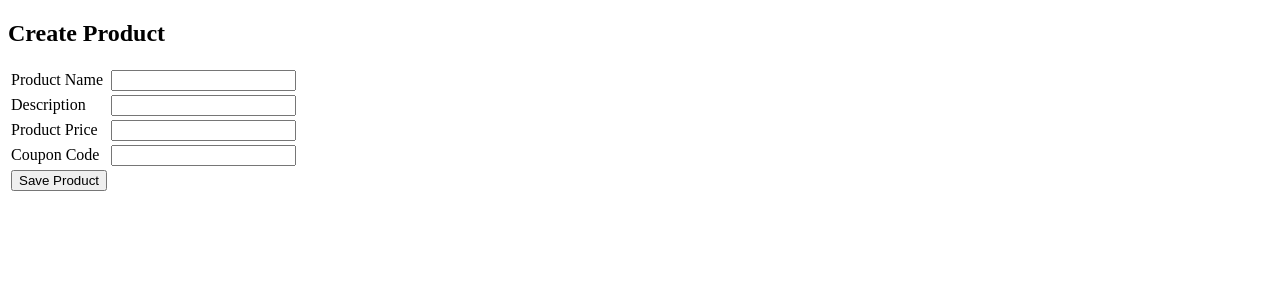
Repository: payal033/Java-Servlets-JSP
Page: http://localhost/FinalProject/createProduct.jsp
An editor plug-in stored every save of this project. The page is shown before and after the next save, followed by the edit.
The browser window is 1280 px wide. The pictures show the whole page.
The page is served by Tomcat 9. Other server files are loaded and not shown.

Above is the page before, as saved 2022-05-30 18:08:20.

### FinalProject/WebContent/createProduct.jsp
<%@ page language="java" contentType="text/html; charset=ISO-8859-1"
	pageEncoding="ISO-8859-1"
%>
<!DOCTYPE html>
<html>
<head>
<meta charset="ISO-8859-1">
<title>Create Product</title>
</head>
<body>
	<h2>Create Product</h2>
	<form method="post" action="products">
		<table>
			<tr>
				<td>Product Name</td>
				<td><input type="text" name="productName"></td>
			</tr>
			<tr>
				<td>Description</td>
				<td><input type="text" name="description"></td>
			</tr>
			<tr>
				<td>Product Price</td>
				<td><input type="text" name="price"></td>
			</tr>
			<tr>
				<td>Coupon Code</td>
				<td><input type="text" name="couponCode"></td>
			</tr>
			<td><input type="submit" value="Save Product"></td>
		</table>
	</form>
</body>
</html>

After the next save:
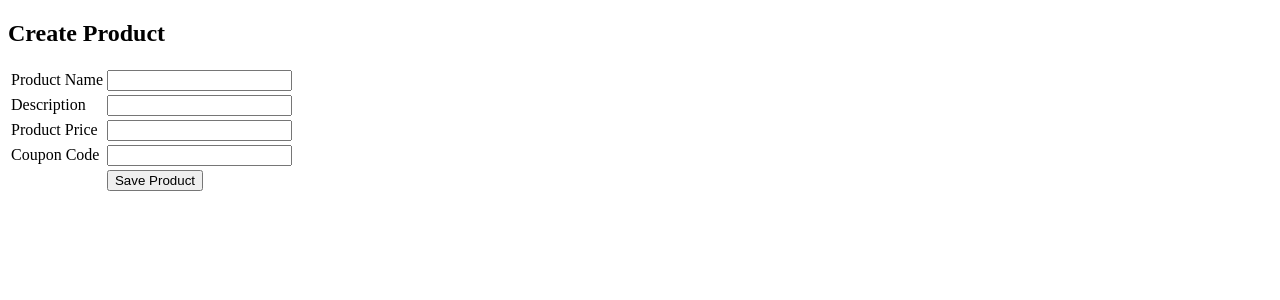
Saved 60 s later.
--- a/FinalProject/WebContent/createProduct.jsp
+++ b/FinalProject/WebContent/createProduct.jsp
@@ -27,6 +27,7 @@
 				<td>Coupon Code</td>
 				<td><input type="text" name="couponCode"></td>
 			</tr>
+			<td><input type="hidden" name="action" value="create"></td>
 			<td><input type="submit" value="Save Product"></td>
 		</table>
 	</form>
